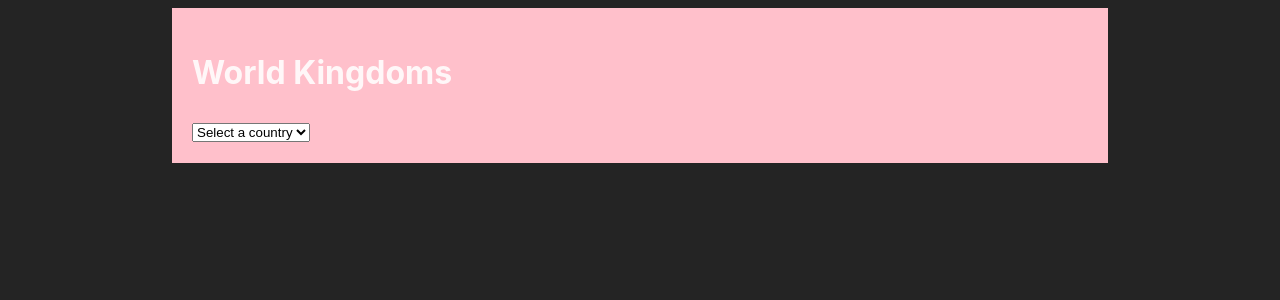
Repository: MonicaNguyenH/Lab-7_Frontend
Page: /countries
These files come from the project's save history. The page is drawn as it stood at one moment and after the next save; the edit follows.
The browser window is 1280 px wide. The pictures show the whole page.
The page's requests for data from a server got no answer. The project was rebuilt for these pictures with package versions that can differ from the ones it lists, and the page was loaded fresh each time. No one was signed in, and anything a server would have sent is missing. Also part of the build but not shown: vite.config.js, src/Details.jsx.

Above is the page before, as saved 2024-11-18 17:41:25.

### src/main.jsx
import React from 'react';
import ReactDOM from 'react-dom/client';
import App from './App';
import './index.css'; // Import your global CSS styles

ReactDOM.createRoot(document.getElementById('root')).render(
  <React.StrictMode>
    <App />
  </React.StrictMode>
);

### src/App.jsx
import { BrowserRouter as Router, Routes, Route } from 'react-router-dom';
import Countries from './Contries';
import Details from './Details';

export default function App() {
  return (
    <div className="container">
      <Router>
      <Routes>
        <Route path="/" element={<h1>Landing Page</h1>} />
        <Route path="/countries" element={<Countries />} />
        <Route path="countries/:cca2" element={<Details />} />
      </Routes>
    </Router>
  </div>
  );
}

### src/index.css
:root {
  font-family: Inter, system-ui, Avenir, Helvetica, Arial, sans-serif;
  line-height: 1.5;
  font-weight: 400;

  color-scheme: light dark;
  color: rgba(255, 255, 255, 0.87);
  background-color: #242424;

  font-synthesis: none;
  text-rendering: optimizeLegibility;
  -webkit-font-smoothing: antialiased;
  -moz-osx-font-smoothing: grayscale;
}

.container {
  width: 70vw;
  margin: auto;
  background-color: pink;
  display: flex;
  justify-content: center;
  flex-direction: column;
  padding: 20px;
}

### src/Contries.jsx
import { useState, useEffect } from "react";
import { useNavigate, Outlet } from "react-router-dom";

export default function Countries() {
  const [countries, setCountries] = useState([]);
  const [selectedCountry, setSelectedCountry] = useState("");
  const navigate = useNavigate();

  useEffect(() => {
    fetch("https://restcountries.com/v3.1/name/kingdom")
      .then((response) => {
        if (!response.ok) {
          throw new Error("Network response was not ok");
        }
        return response.json();
      })
      .then((data) => setCountries(data))
      .catch((error) => console.error("Error fetching countries:", error));
  }, []);

  const handleCountrySelect = (e) => {
    const value = e.target.value;

    // Handle navigation based on selection
    if (value === "") {
      navigate("/countries"); // Navigate to /countries page
    } else {
      const selected = countries.find((country) => country.cca2 === value);
      if (selected) {
        setSelectedCountry(selected);
        navigate(`/countries/${selected.cca2}`, { state: { data: selected } });
      }
    }
  };

  return (
    <div className="box">
      <h1 className="Title">World Kingdoms</h1>
      <select onChange={handleCountrySelect} value={selectedCountry?.cca2 || ""}>
        {/* Default option to navigate to /countries */}
        <option value="">Select a country</option>
        {/* Dynamically populate dropdown with country data */}
        {countries.map((country) => (
          <option key={country.cca2} value={country.cca2}>
            {country.name.common}
          </option>
        ))}
      </select>
      <Outlet />
    </div>
  );
}

Loaded but not shown: index.html (common file)

After the next save:
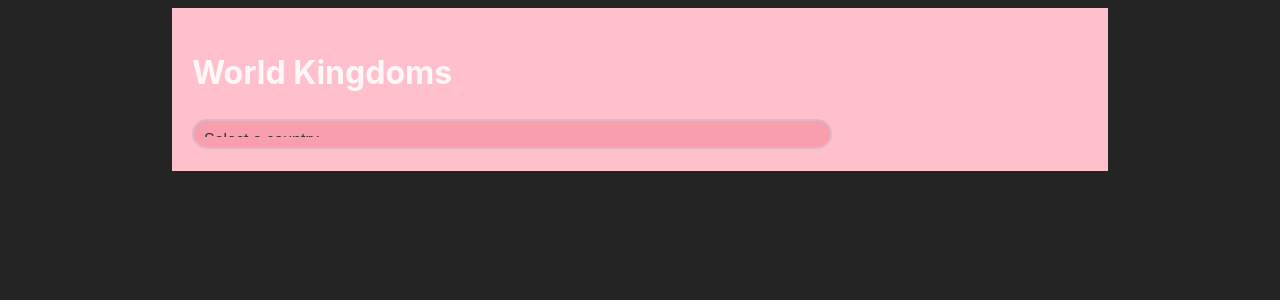
Saved 4 min 2 s later.
--- a/src/index.css
+++ b/src/index.css
@@ -22,3 +22,18 @@
   flex-direction: column;
   padding: 20px;
 }
+
+select {
+  appearance: none; /* Remove default dropdown arrow */
+  -webkit-appearance: none; /* Safari support */
+  -moz-appearance: none; /* Firefox support */
+  background-color: rgb(248, 158, 173); /* Background color */
+  border: 2px solid #ddb8c2; /* Border color */
+  border-radius: 15px; /* Rounded corners */
+  padding: 10px; /* Padding inside the dropdown */
+  font-size: 16px; /* Font size */
+  color: #333; /* Font color */
+  width: 50vw; /* Width of the dropdown */
+  height: 30px;
+  cursor: pointer; /* Change cursor to pointer */
+}
